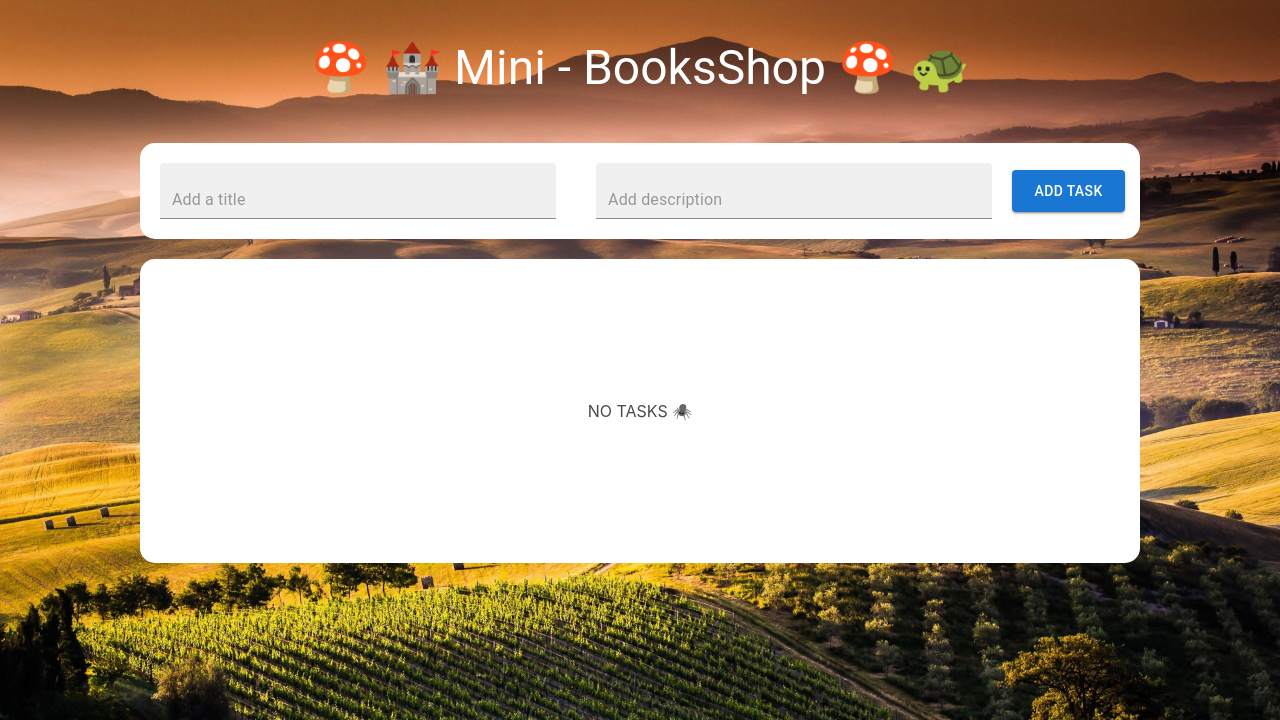
Repository: Tracy-maker/mini-bookshop
Page: /
The author's editor kept a copy of each file at every save. The page is drawn from the files as they stood at one save, then again after the next save.
The browser window is 1280 px wide. The pictures show the whole page.
The project was rebuilt for these pictures with package versions that can differ from the ones it lists, and the page was loaded fresh each time. Also part of the build but not shown: src/components/TaskEdit.js, src/components/TaskShow.js.

Above is the page before, as saved 2023-09-21 16:13:58.

### src/index.js
import "./index.css";
import React from "react";
import ReactDOM from "react-dom/client";
import App from "./App";


const el = document.getElementById("root");
const root = ReactDOM.createRoot(el);

root.render(
  <React.StrictMode>
    <App />
  </React.StrictMode>
);

### src/App.js
import { useState, useEffect } from "react";
import CreateTask from "./components/CreateTask";
import TaskList from "./components/TaskList";
import { Box, Stack } from "@mui/material";
import styled from "styled-components";
import Typography from "@mui/material/Typography";
import Image1 from "./image/7.jpg";

const StyledContainer = styled(Stack)`
  height: 100vh;
  width: 100%;
  display: flex;
  align-items: stretch;
  padding-top: 30px;
  background-image: url(${Image1});
  background-size: cover;
  background-repeat: no-repeat;
  gap: 20px;
`;

const TaskForm = styled(Box)`
  margin-left: auto;
  margin-right: auto;
  width: 1000px;
  background-color: white;
  border-radius: 15px;

  @media (max-width: 768px) {
    width: 100%;
  }
`;
const Title = styled(Typography)`
  color: white;
  margin: auto;
  width: 100%;
  padding: 10px;
  text-align: center;
`;

function App() {
  const [tasks, setTasks] = useState(() => {
    const localValue = localStorage.getItem("tasks");
    if (localValue == null) return [];
    return JSON.parse(localValue);
  });

  useEffect(() => {
    localStorage.setItem("tasks", JSON.stringify(tasks));
  }, [tasks]);

  const createTask = (title, description) => {
    const newTask = {
      id: crypto.randomUUID(),
      title: title,
      description: description,
      status: "inProgress",
    };

    const existingTasks = JSON.parse(localStorage.getItem("tasks")) || [];
    existingTasks.push(newTask);
    localStorage.setItem("tasks", JSON.stringify(existingTasks));
    setTasks(existingTasks);
  };

  const deleteTasksById = (id) => {
    const existingTasks = JSON.parse(localStorage.getItem("tasks")) || [];
    const updatedTasks = existingTasks.filter((task) => {
      return task.id !== id;
    });
    localStorage.setItem("tasks", JSON.stringify(updatedTasks));
    setTasks(updatedTasks);
  };

  const editTaskById = (id, newTitle, newDescription) => {
    const existingTasks = JSON.parse(localStorage.getItem("tasks")) || [];
    const taskToEdit = existingTasks.findIndex((task) => task.id === id);

    if (taskToEdit) {
      const updatedTask = {
        ...taskToEdit,
        title: newTitle,
        description: newDescription,
      };

      const updatedTasks = existingTasks.map((task) =>
        task.id === id ? updatedTask : task
      );
      localStorage.setItem("tasks", JSON.stringify(updatedTasks));
      setTasks(updatedTasks);
    }
  };

  return (
    <StyledContainer>
      <Title variant="h3" gutterBottom>
        🍄 🏰 Mini - BooksShop 🍄 🐢
      </Title>
      <TaskForm>
        <CreateTask onCreate={createTask} />
      </TaskForm>
      <TaskForm>
        <TaskList
          tasks={tasks}
          onDelete={deleteTasksById}
          onEdit={editTaskById}
        />
      </TaskForm>
    </StyledContainer>
  );
}
export default App;

### src/components/CreateTask.js
import * as React from "react";
import Stack from "@mui/material/Stack";
import TextField from "@mui/material/TextField";
import Button from "@mui/material/Button";
import { useState } from "react";
import { styled } from "@mui/material";

const Input = styled(TextField)`
  padding:2%;
  width: 80%;
`;

const AddButton = styled(Button)`
  margin: auto;
  width: 20%;
  padding: 9px;
  text-align: center;
  margin-right: 15px;
`;

function CreateTask(props) {
  const [title, setTitle] = useState("");
  const [description, setDescription] = useState("");

  const handleChange = (event) => {
    const { name, value } = event.target;
    if (name === "title") {
      setTitle(value);
    } else if (name === "description") {
      setDescription(value);
    }
  };

  const handleSubmit = (event) => {
    event.preventDefault();
    if (title.trim() !== "" || description.trim() !== "") {
      props.onCreate( title, description );
      setTitle("");
      setDescription("");
    }
  };

  return (
    <Stack onSubmit={handleSubmit} component="form" direction="row">
      <Input
        name="title"
        value={title}
        onChange={handleChange}
        placeholder="Add a title"
        variant="filled"
      />
      <Input
        name="description"
        value={description}
        onChange={handleChange}
        placeholder="Add description"
        variant="filled"
      />
      <AddButton type="submit" variant="contained">
        Add Task
      </AddButton>
    </Stack>
  );
}

export default CreateTask;

### src/components/TaskList.js
import React from "react";
import TaskShow from "./TaskShow";
import { Box } from "@mui/material";
import styled from "styled-components";

const Reminder = styled(Box)`
  text-align: center;
  padding: ${(props) => (props.noTasks ? "14%" : "0")};
`;

function TaskList(props) {
  const renderedTasksList = props.tasks.map((task) => {
    return (
      <TaskShow
        key={task.id}
        task={task}
        onDelete={props.onDelete}
        onEdit={props.onEdit}
        toggleCheckedBoxById={props.toggleCheckedBoxById}
      />
    );
  });

  return (
    <>
      <Reminder noTasks={props.tasks.length === 0}>
        {props.tasks.length === 0 && "NO TASKS 🕷️"}
      </Reminder>
      {renderedTasksList}
    </>
  );
}

export default TaskList;

Loaded but not shown: public/index.html (common file); src/index.css (library)

After the next save:
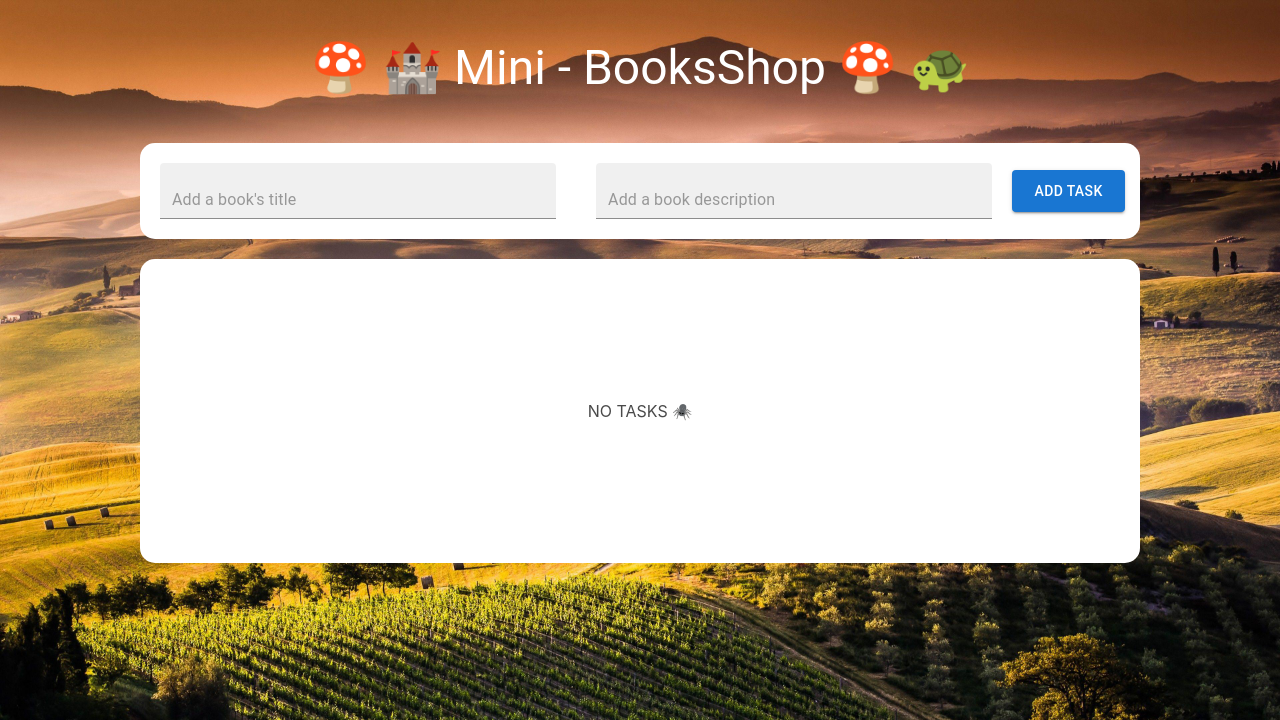
Saved 26 s later.
--- a/src/components/CreateTask.js
+++ b/src/components/CreateTask.js
@@ -46,14 +46,14 @@ function CreateTask(props) {
         name="title"
         value={title}
         onChange={handleChange}
-        placeholder="Add a title"
+        placeholder="Add a book's title"
         variant="filled"
       />
       <Input
         name="description"
         value={description}
         onChange={handleChange}
-        placeholder="Add description"
+        placeholder="Add a book description"
         variant="filled"
       />
       <AddButton type="submit" variant="contained">
